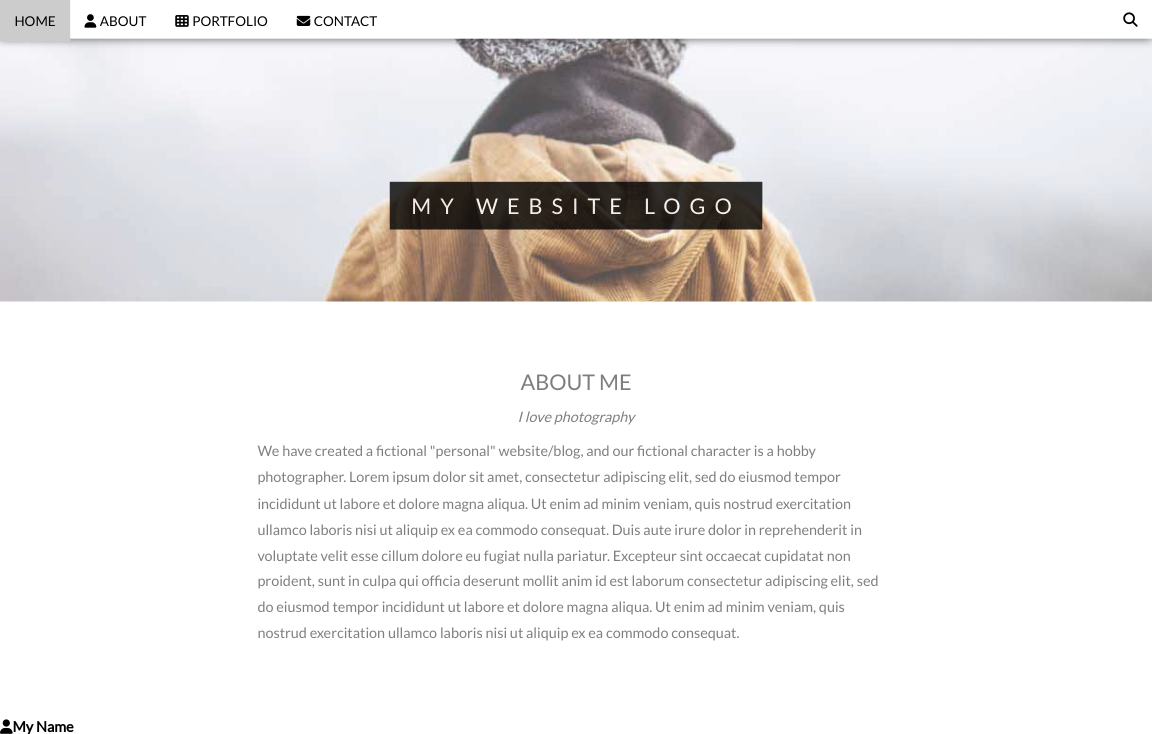
Repository: xd25vn/project-error
Page: index.html
An editor plug-in stored every save of this project. The page is shown before and after the next save, followed by the edit.
The browser window is 1280 px wide. The pictures show the whole page, at 90% of full size.

Above is the page before, as saved 2023-09-02 16:15:53.

### index.html
<html lang="en">
<head>
    <meta charset="UTF-8">
    <meta name="viewport" content="width=device-width, initial-scale=1.0">
    <title>TEMPLATE PARALLAX</title>
    <link rel="stylesheet" href="./assets/base.css">
    <link rel="stylesheet" href="./assets/main.css">
    <link rel="stylesheet" href="https://fonts.googleapis.com/css?family=Lato">
    <link rel="stylesheet" href="./assets/font/fontawesome-free-6.4.0-web/fontawesome-free-6.4.0-web/css/all.min.css">
</head>
<body>
    <!--! HEADER -->
    <header>
        <!--? NAV -->
        <ul id="nav">
            <li><a href="#">Home</a></li>
            <li><a href="#"><i class="fa-solid fa-user"></i>About</a></li>
            <li><a href="#"><i class="fa fa-th"></i>Portfolio</a></li>
            <li><a href="#"><i class="fa-solid fa-envelope"></i>contact</a></li>
        </ul>
        <div class="nav-icon-search">
            <i class="fa-solid fa-magnifying-glass"></i>
        </div>
        <!--? NAV -->
    </header>
    <!--! HEADER -->
    <!--& SIDEBAR -->
    <div id="sidebar">
        <div class="sidebar-img-one"></div>
        <div class="sidebar-text-one">
            <span>MY WEBSITE LOGO</span>
        </div>
    </div>
    <!-- & SIDEBAR -->
    <div id="content">
        <div id="about">
            <h3 class="heading-section">ABOUT ME</h3>
            <p class="sub-heading-section">I love photography</p>
            <p class="about-section">We have created a fictional "personal" website/blog, and our fictional character is a hobby photographer. Lorem ipsum dolor sit amet, consectetur adipiscing elit, sed do eiusmod tempor incididunt ut labore et dolore magna aliqua. Ut enim ad minim veniam, quis nostrud exercitation ullamco laboris nisi ut aliquip ex ea commodo consequat. Duis aute irure dolor in reprehenderit in voluptate velit esse cillum dolore eu fugiat nulla pariatur. Excepteur sint occaecat cupidatat non proident, sunt in culpa qui officia deserunt mollit anim id est laborum consectetur adipiscing elit, sed do eiusmod tempor incididunt ut labore et dolore magna aliqua. Ut enim ad minim veniam, quis nostrud exercitation ullamco laboris nisi ut aliquip ex ea commodo consequat.</p>
        </div>

        <div class="per-dec-one">
            <div class="per-img-one">
                <b><i class="fa fa-user w3-margin-right"></i>My Name</b>

            </div>

            <div class="pre-text-one">

            </div>
        </div>

        <div class="portfolio">

        </div>

        <div class="my-work">

        </div>

        <div class="contact">

        </div>

        <div class="map-work">

        </div>
    </div>

    <footer id="footer">

    </footer>
</body>
</html>

### assets/base.css
* {
    margin: 0;
    padding: 0;
    box-sizing: border-box;
}
body {
    background-color: #fff;
    font-family: "Lato", sans-serif;
}

### assets/main.css
header {
    height: 43px;
    width: 100%;
    background-color: #fff;
    box-shadow: 0 0 10px rgba(0, 0, 0, 0.6);
    position: fixed;
    z-index: 1;
}

header #nav {
    display: flex;
    list-style: none;
    align-items: center;
    position: relative;
}

header #nav li {
    padding: 14px 16px;
    display: block;
}

header #nav li i {
    padding-right: 4px;
}

header
#nav
li a {
    text-decoration: none;
    color: #000;
    font-size: 15px;
    text-transform: uppercase;
}

header
#nav
li:hover {
    background: #ccc;
    cursor: pointer;
}

header
.nav-icon-search
i {
    position: absolute;
    top: 0;
    right: 0;
    padding: 14px 16px;
    text-align: center;
}

header .nav-icon-search:hover i {
    background-color: #f44336 !important;
    color: #fff;
    display: block;
    cursor: pointer;
}

#sidebar .sidebar-img-one {
    background: url(../assets/image/sidebar1.jpg) center / cover no-repeat;
    padding-top: calc(27% - 10.18px);
    opacity: 0.7;
    position: relative;
}

#sidebar .sidebar-text-one {
    background-color: #000 !important;
    position: absolute;
    padding: 12px 24px;
    left: 50%;
    transform: translateX(-50%);
    top: 28%;
    opacity: 0.8;
}

#sidebar .sidebar-text-one span {
    color: #fff;
    font-size: 24px;
    letter-spacing: 10;
}

#content #about {
    margin: 0px 270px;
    padding: 64px 16px;
    opacity: 0.5;
}

#content #about .heading-section {
    margin: 10px 0px;
    font-size: 24px;
    font-weight: 400;
    text-align: center;
}

#content #about .sub-heading-section {
    margin: 15px 0px;
    font-style: italic;
    text-align: center;
}

#content #about .about-section {
    margin: 15px 0px;
    line-height: 1.8;
}

Loaded but not shown: assets/font/fontawesome-free-6.4.0-web/fontawesome-free-6.4.0-web/css/all.min.css (library)

After the next save:
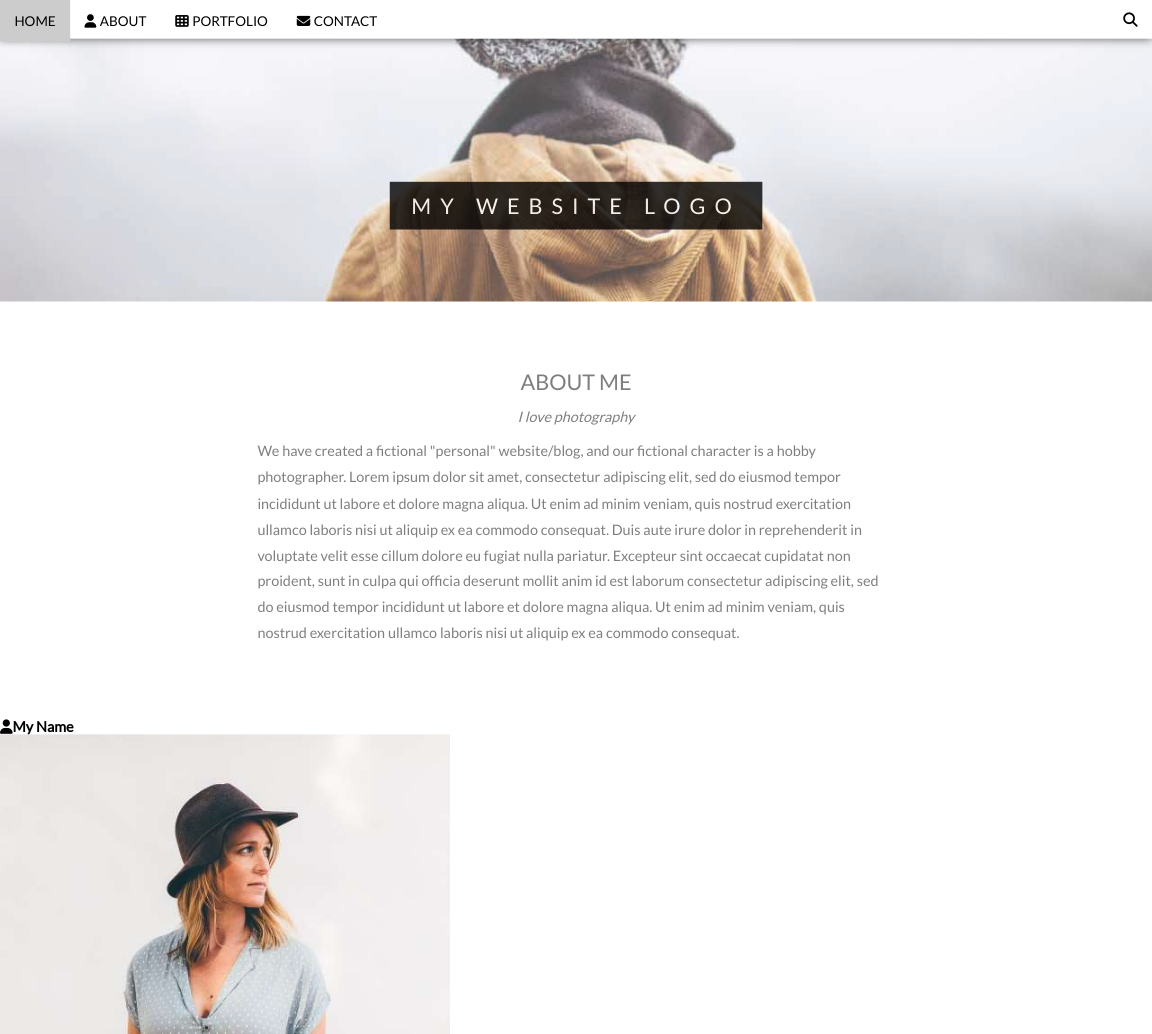
Saved 55 s later.
--- a/index.html
+++ b/index.html
@@ -42,7 +42,9 @@
         <div class="per-dec-one">
             <div class="per-img-one">
                 <b><i class="fa fa-user w3-margin-right"></i>My Name</b>
-
+                <div class="per-img">
+                    <img src="./assets/image/per-dec-img/avatar_hat.jpg" alt="AVATER HAT">
+                </div>
             </div>
 
             <div class="pre-text-one">
